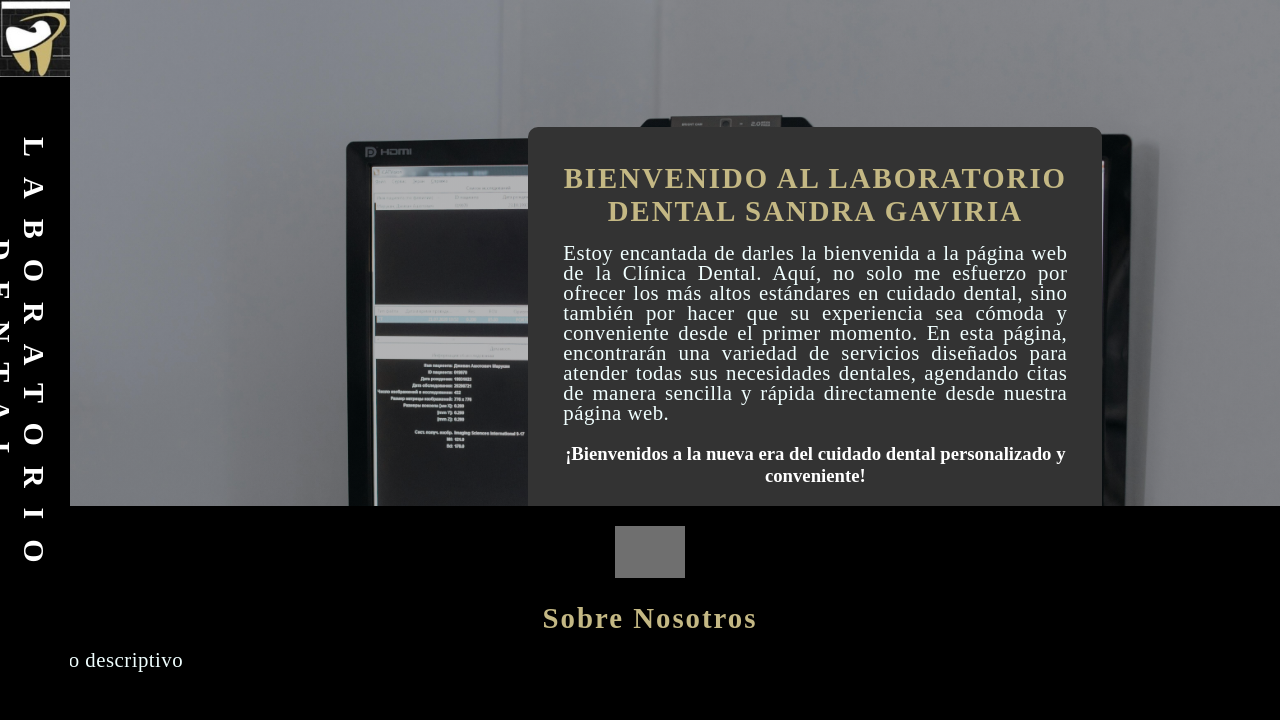
Repository: IIntef/ProyectoDental2.0
Page: Proyecto/Proyecto/Fer.html
These files come from the project's save history. The page is drawn as it stood at one moment and after the next save; the edit follows.
The browser window is 1280 px wide. The pictures show the whole page.
Pictures or frames that could not be fetched are drawn as grey boxes.

Above is the page before, as saved 2024-06-19 16:31:39.
Console error: TypeError: Cannot read properties of null (reading 'addEventListener')

After the next save:
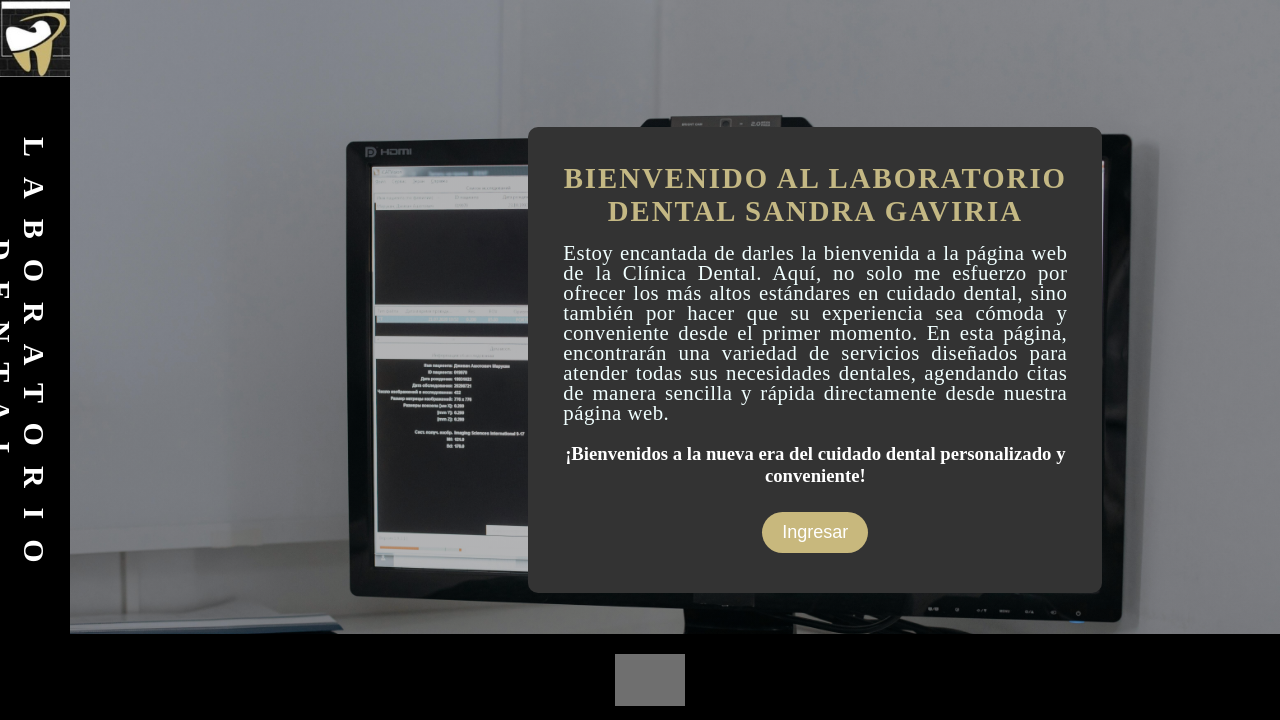
The error is gone.
Saved 23 s later.
--- a/Proyecto/Proyecto/Fer.html
+++ b/Proyecto/Proyecto/Fer.html
@@ -28,13 +28,6 @@
                 <img src="Facebook.png" alt="Facebook">
             </a>
         </div>
-        <div class="about-us-slider">
-            <div class="slide" id="slide1">
-                <h2>Sobre Nosotros</h2>
-                <p>Texto descriptivo</p>
-            </div>
 
-    </footer>
-    <script src="Interactivo.js"></script>
 </body>
 </html>
